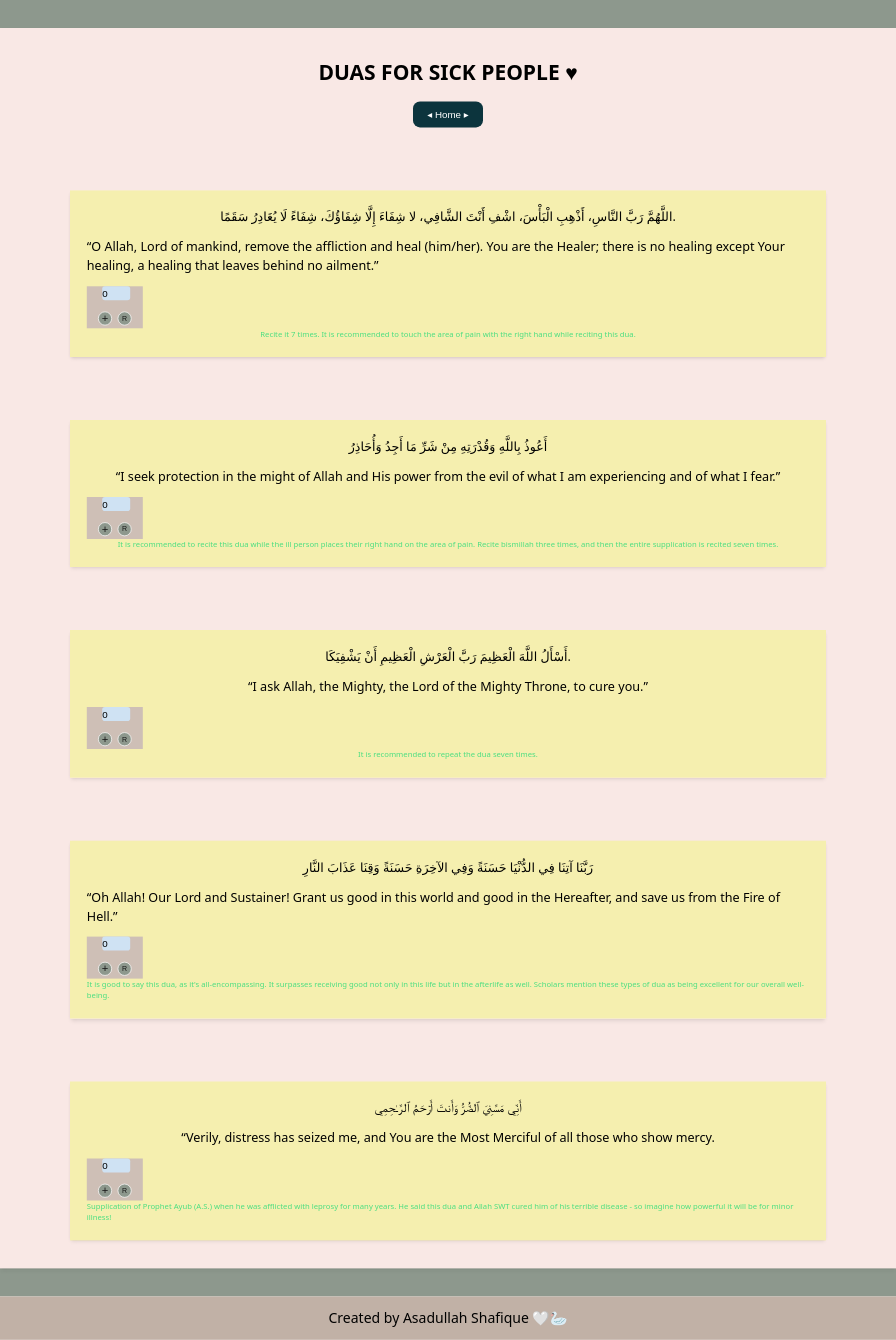
Repository: asadullah48/Duas_Diary
Page: /sick
An editor plug-in stored every save of this project. The page is shown before and after a run of saves, followed by the edit.
The browser window is 1280 px wide. The pictures show the whole page, at 70% of full size.
The project was rebuilt for these pictures with package versions that can differ from the ones it lists, and the page was loaded fresh each time. The framework's server and built-in components were replaced by stand-ins that run in the browser. Also part of the build but not shown: next.config.ts.

Above is the page before, as saved 2024-11-30 10:09:54.

### src/app/layout.tsx
import type { Metadata } from "next";
import localFont from "next/font/local";
import "./globals.css";
import Footer from "../components/footer";

const geistSans = localFont({
  src: "./fonts/GeistVF.woff",
  variable: "--font-geist-sans",
  weight: "100 900",
});
const geistMono = localFont({
  src: "./fonts/GeistMonoVF.woff",
  variable: "--font-geist-mono",
  weight: "100 900",
});

export const metadata: Metadata = {
  title: "Create Next App",
  description: "Generated by create next app",
};

export default function RootLayout({
  children,
}: Readonly<{
  children: React.ReactNode;
}>) {
  return (
    <html lang="en">
      <body
        className={`${geistSans.variable} ${geistMono.variable} antialiased`}
      >
        {children}
        <Footer/>
      </body>
    </html>
  );
}

### src/app/sick/page.tsx
import Link from "next/link";
import LightPinkSection from "@/components/props";
import Button from "@/components/button";

export default function Sick() {
  return (
    <div className="w-full h-auto bg-[#8D988D] flex justify-center items-center py-10">
      <div className="w-[95%] lg:w-[1300px] h-auto bg-[#F9E8E5] p-5 lg:p-10 rounded-md shadow-md">
        <div className="font-sans font-bold text-[24px] lg:text-[30px] text-black text-center mb-5">
          DUAS FOR SICK PEOPLE ♥
        </div>
        <Link href="/">
          <button className="bg-[#0c343d] text-white text-[12px] lg:text-[14px] mt-3 mb-5 mx-auto block rounded-[10px] px-5 py-2">
            ◂ Home ▸
          </button>
        </Link>

        {/* Dua Sections */}
        <LightPinkSection
          paragraph="اللَّهُمَّ رَبَّ النَّاسِ، أَذْهِبِ الْبَأْسَ، اشْفِ أَنْتَ الشَّافِي، لا شِفَاءَ إِلَّا شِفَاؤُكَ، شِفَاءً لَا يُغَادِرُ سَقَمًا."
          paragraph2="“O Allah, Lord of mankind, remove the affliction and heal (him/her). You are the Healer; there is no healing except Your healing, a healing that leaves behind no ailment.”"
          buttonText={<Button />}
          note="Recite it 7 times. It is recommended to touch the area of pain with the right hand while reciting this dua."
        />
        <LightPinkSection
          paragraph="أَعُوذُ بِاللَّهِ وَقُدْرَتِهِ مِنْ شَرِّ مَا أَجِدُ وَأُحَاذِرُ"
          paragraph2="“I seek protection in the might of Allah and His power from the evil of what I am experiencing and of what I fear.”"
          buttonText={<Button />}
          note="It is recommended to recite this dua while the ill person places their right hand on the area of pain. Recite bismillah three times, and then the entire supplication is recited seven times."
        />
        <LightPinkSection
          paragraph="أَسْأَلُ اللَّهَ الْعَظِيمَ رَبَّ الْعَرْشِ الْعَظِيمِ أَنْ يَشْفِيَكَا."
          paragraph2="“I ask Allah, the Mighty, the Lord of the Mighty Throne, to cure you.”"
          buttonText={<Button />}
          note="It is recommended to repeat the dua seven times."
        />
        <LightPinkSection
          paragraph="رَبَّنَا آتِنَا فِي الدُّنْيَا حَسَنَةً وَفِي الآخِرَةِ حَسَنَةً وَقِنَا عَذَابَ النَّارِ"
          paragraph2="“Oh Allah! Our Lord and Sustainer! Grant us good in this world and good in the Hereafter, and save us from the Fire of Hell.”"
          buttonText={<Button />}
          note="It is good to say this dua, as it's all-encompassing. It surpasses receiving good not only in this life but in the afterlife as well. Scholars mention these types of dua as being excellent for our overall well-being."
        />
        <LightPinkSection
          paragraph="أَنِّي مَسَّنِيَ ٱلضُّرُّ وَأَنتَ أَرۡحَمُ ٱلرَّـٰحِمِي"
          paragraph2="“Verily, distress has seized me, and You are the Most Merciful of all those who show mercy."
          buttonText={<Button />}
          note="Supplication of Prophet Ayub (A.S.) when he was afflicted with leprosy for many years. He said this dua and Allah SWT cured him of his terrible disease - so imagine how powerful it will be for minor illness!"
        />
      </div>
    </div>
  );
}

### src/components/footer.tsx
// components/Footer.tsx
export default function Footer() {
    return (
      <footer className="w-full bg-[#C1B1A6] py-4">
        <div className="text-center text-black font-sans text-[16px] sm:text-[18px] lg:text-[20px]">
          Created by Asadullah Shafique 🤍🦢
        </div>
      </footer>
    );
  }

### src/components/props.tsx
import { ReactNode } from "react";

type SectionProps = {
  paragraph: string;
  buttonText: ReactNode;
  paragraph2: string;
  note: string; // Allows JSX elements, strings, or components
};

export default function LightPinkSection({
  paragraph,
  buttonText,
  paragraph2,
  note,
}: SectionProps) {
  return (
    <div className="w-[90%] bg-[#f3f58891] p-6 rounded-lg mx-auto shadow-md mt-[90px]">
      <p className="text-black text-[18px] font-sans mb-4 flex justify-center">
        {paragraph}
      </p>
      <p className="text-black text-[18px] font-sans mb-4 flex justify-center">
        {paragraph2}
      </p>
      <div>{buttonText}</div>
      <p className="text-green-400 text-[11px] font-sans flex justify-center">
        {note}
      </p>
    </div>
  );
}

### src/components/button.tsx
"use client";

import { useState } from "react";

export default function Button() {
  // hook, event ke against ui ko update krna
  let [count, setcount] = useState(0); //returns array ik element hota hai jese yaha pr 0 hai  ik function aur jo function hota hai woh humari value hoti h
  console.log(count);

  const handleClick = () => {
    setcount(count + 1); //re-renders new value
  };

  const handleReset = () => {
    setcount(0); // reset back to 0
  };

  return (
    <div className="bg-[#CEBFB6] w-[80px] h-[60px] flex flex-col items-center justify-between">
      <p className="text-black w-[40px] flex text-sm bg-[#cfe2f3] rounded ml-1">
        {count}
      </p>

      <div className="flex space-x-2 mt-2">
        <button
          onClick={handleClick}
          className="bg-[#8D988D] w-[20px] h-[20px] px-1 py-1 rounded-full border mt-1 mb-1 border-white flex items-center justify-center text-center"
        >
          +
        </button>

        {/* Reset Button */}
        <button
          onClick={handleReset}
          className="bg-[#8D988D] w-[20px] h-[20px] px-1 py-1 rounded-full border mt-1 mb-1 border-white flex items-center justify-center text-[10px] text-center"
        >
          R
        </button>
      </div>
    </div>
  );
}

Loaded but not shown: src/app/globals.css (common file); tailwind.config.ts (common file)

After the next 2 saves:
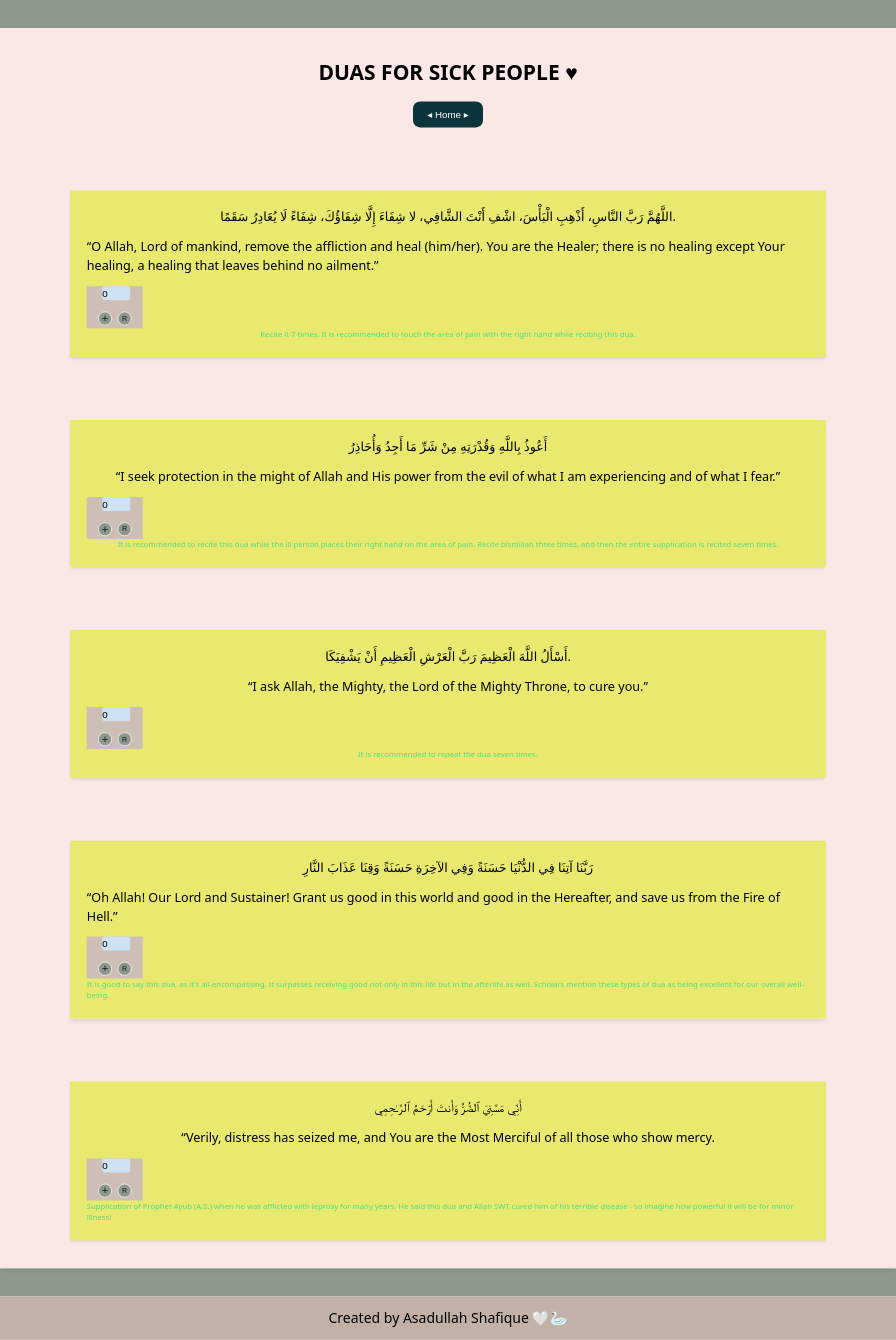
The 2 saves are shown as one change because they came seconds apart.
The last was saved 7 s later.
--- a/src/components/props.tsx
+++ b/src/components/props.tsx
@@ -14,7 +14,7 @@ export default function LightPinkSection({
   note,
 }: SectionProps) {
   return (
-    <div className="w-[90%] bg-[#f3f58891] p-6 rounded-lg mx-auto shadow-md mt-[90px]">
+    <div className="w-[90%] bg-[#e6e94dc5] p-6 rounded-lg mx-auto shadow-md mt-[90px]">
       <p className="text-black text-[18px] font-sans mb-4 flex justify-center">
         {paragraph}
       </p>
